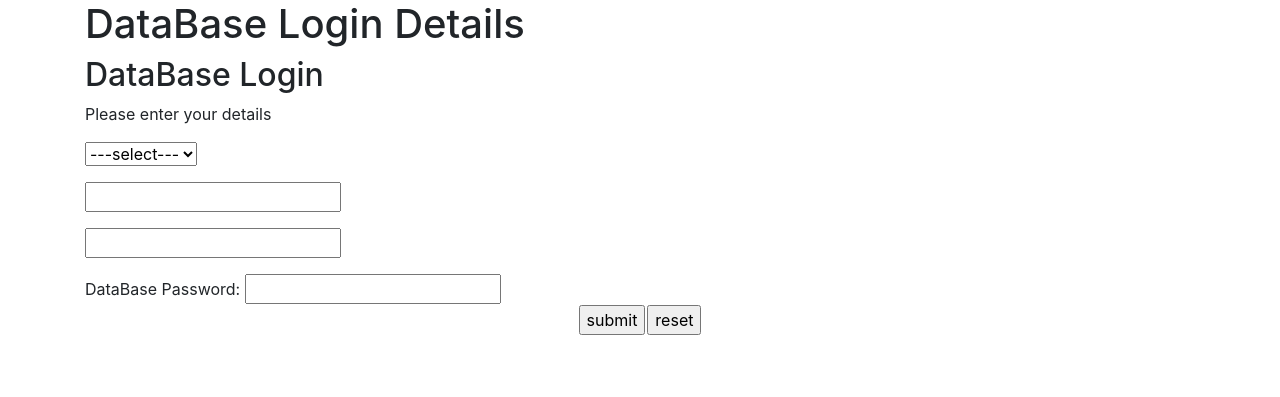
Repository: manish1905/MetaData_Details
Page: http://localhost/MetaData_Details/dbDetails
These files come from the project's save history. The page is drawn as it stood at one moment and after the next save; the edit follows.
The browser window is 1280 px wide. The pictures show the whole page.
Some web libraries are served in a nearby version. The page is served by Tomcat 9.

Above is the page before, as saved 2019-01-04 06:05:26.
Console error: TypeError: Cannot read properties of undefined (reading 'fn')

After the next save:
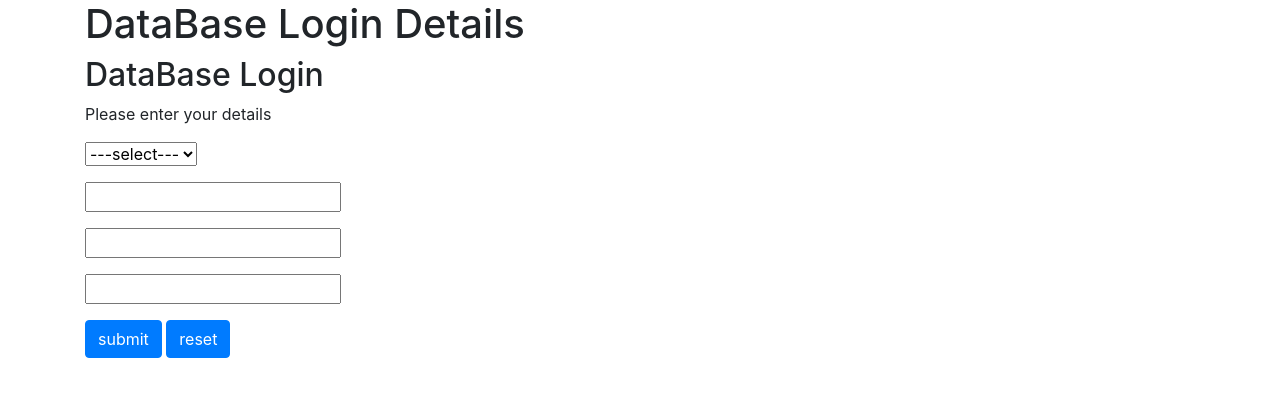
Saved 12 min 7 s later.
--- a/MetaData_Details/web/WEB-INF/jsps/dbDetail.jsp
+++ b/MetaData_Details/web/WEB-INF/jsps/dbDetail.jsp
@@ -61,19 +61,12 @@
 	<div class="form-group">
 	<form:input name="user" path="user"/>
 	</div>
+	<div class="form-group">
+	<form:password name="password" path="password"/>
+	</div>
 
-	<tr>
-	<td>DataBase Password:</td>
-	<td><form:password name="password" path=""/></td>
-	</tr>
-
-	</table>
-	<table align="center">
-	<tr>
-	<td><input type="submit" value="submit"/></td>
-	<td><input type="reset" value="reset"/></td>
-	</tr>
-	</table>
+	<input type="submit" class="btn btn-primary" value="submit"/>
+	<input type="reset" class="btn btn-primary" value="reset"/>
 	</form:form>
 
 
